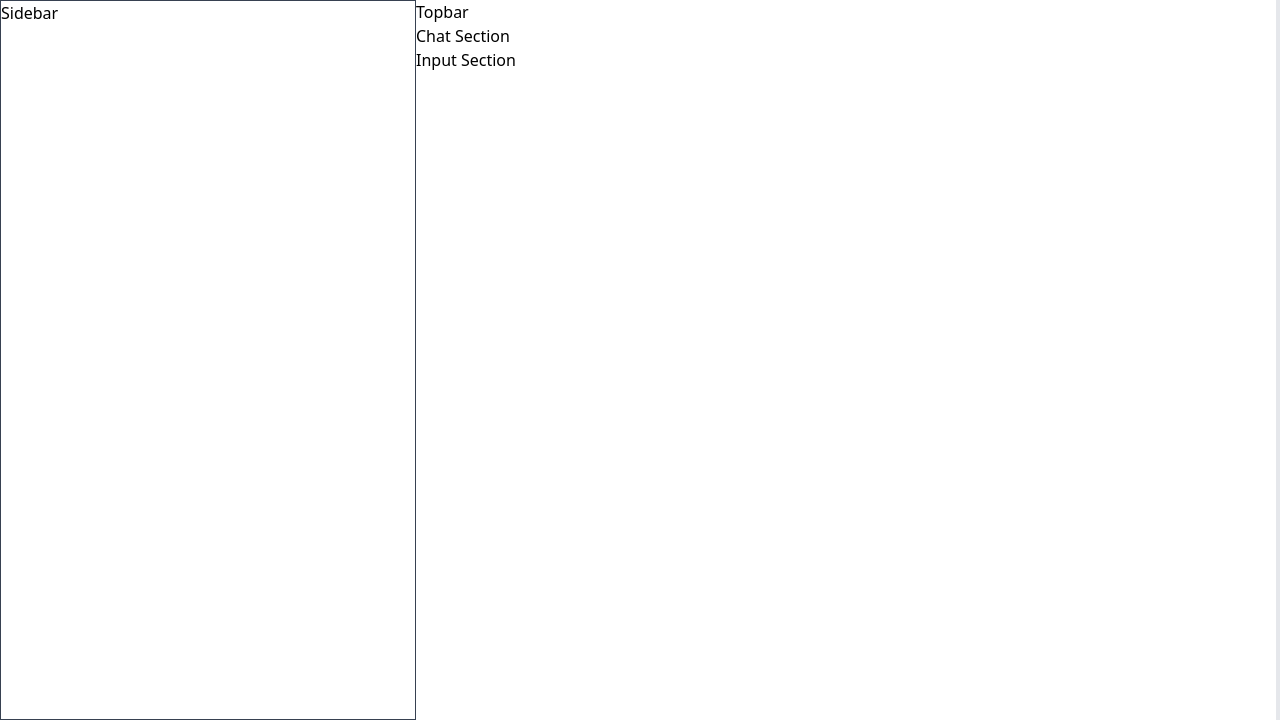
Repository: Qu4ntumGuy/telegram-clone
Page: /
The author's editor kept a copy of each file at every save. The page is drawn from the files as they stood at one save, then again after the next save.
The browser window is 1280 px wide. The pictures show the whole page.
The project was rebuilt for these pictures with package versions that can differ from the ones it lists, and the page was loaded fresh each time. Also part of the build but not shown: src/Utils/ContextProvider.js.

Above is the page before, as saved 2024-07-15 10:59:50.

After the next save:
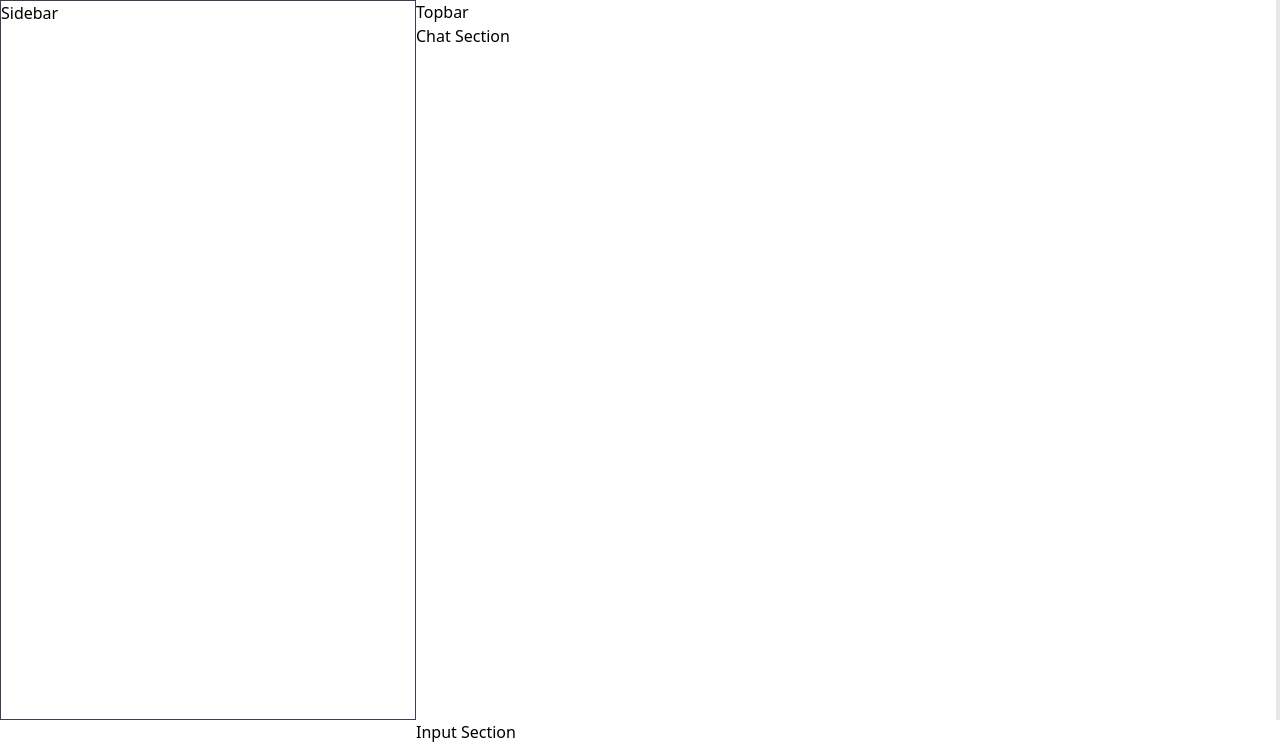
Saved 22 s later.
--- a/src/Pages/Home/Home.js
+++ b/src/Pages/Home/Home.js
@@ -5,8 +5,8 @@
     <div className="flex flex-col justify-center border-r-4 w-full">
       <div className="top-0 mb-auto">Topbar</div>
       <div className="h-full">
-        <div>Chat Section</div>
-        <div className="">Input Section</div>
+        <div className="h-full">Chat Section</div>
+        <div className="bott">Input Section</div>
       </div>
     </div>
   );

After the save that followed:
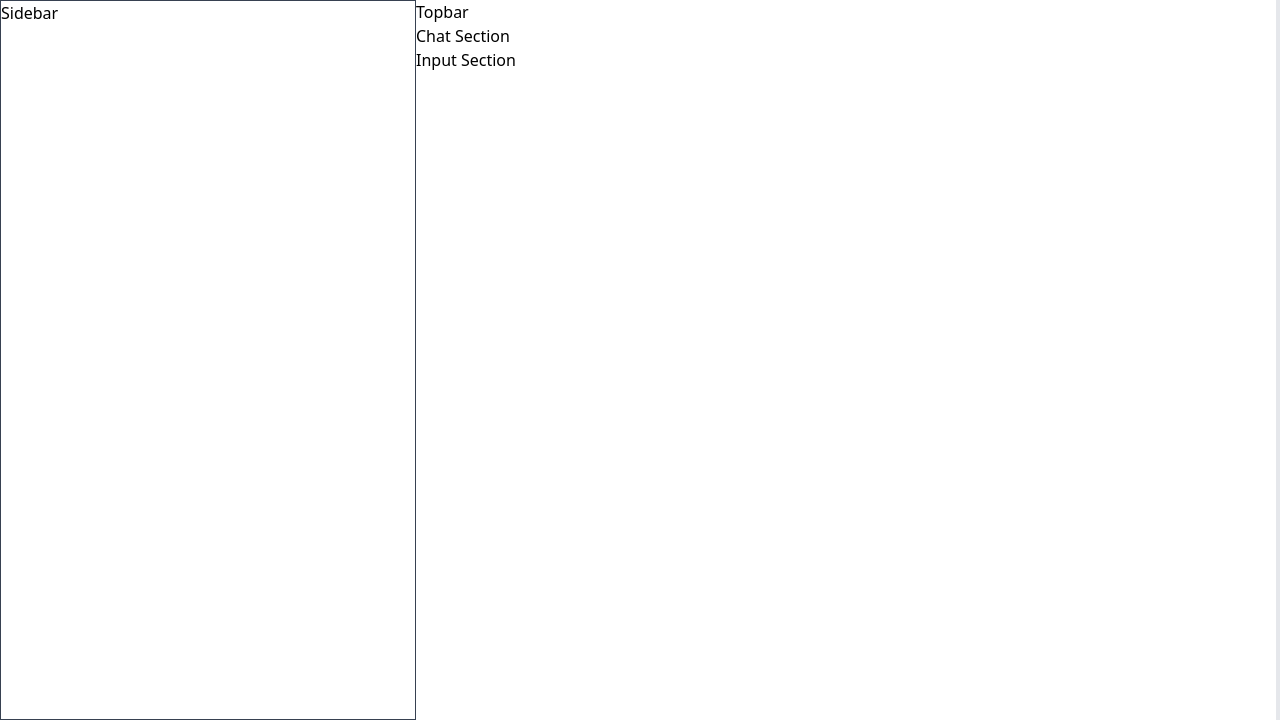
Saved 23 s later.
--- a/src/Pages/Home/Home.js
+++ b/src/Pages/Home/Home.js
@@ -5,8 +5,8 @@
     <div className="flex flex-col justify-center border-r-4 w-full">
       <div className="top-0 mb-auto">Topbar</div>
       <div className="h-full">
-        <div className="h-full">Chat Section</div>
-        <div className="bott">Input Section</div>
+        <div className="">Chat Section</div>
+        <div className="bottom-0 mt-auto">Input Section</div>
       </div>
     </div>
   );
